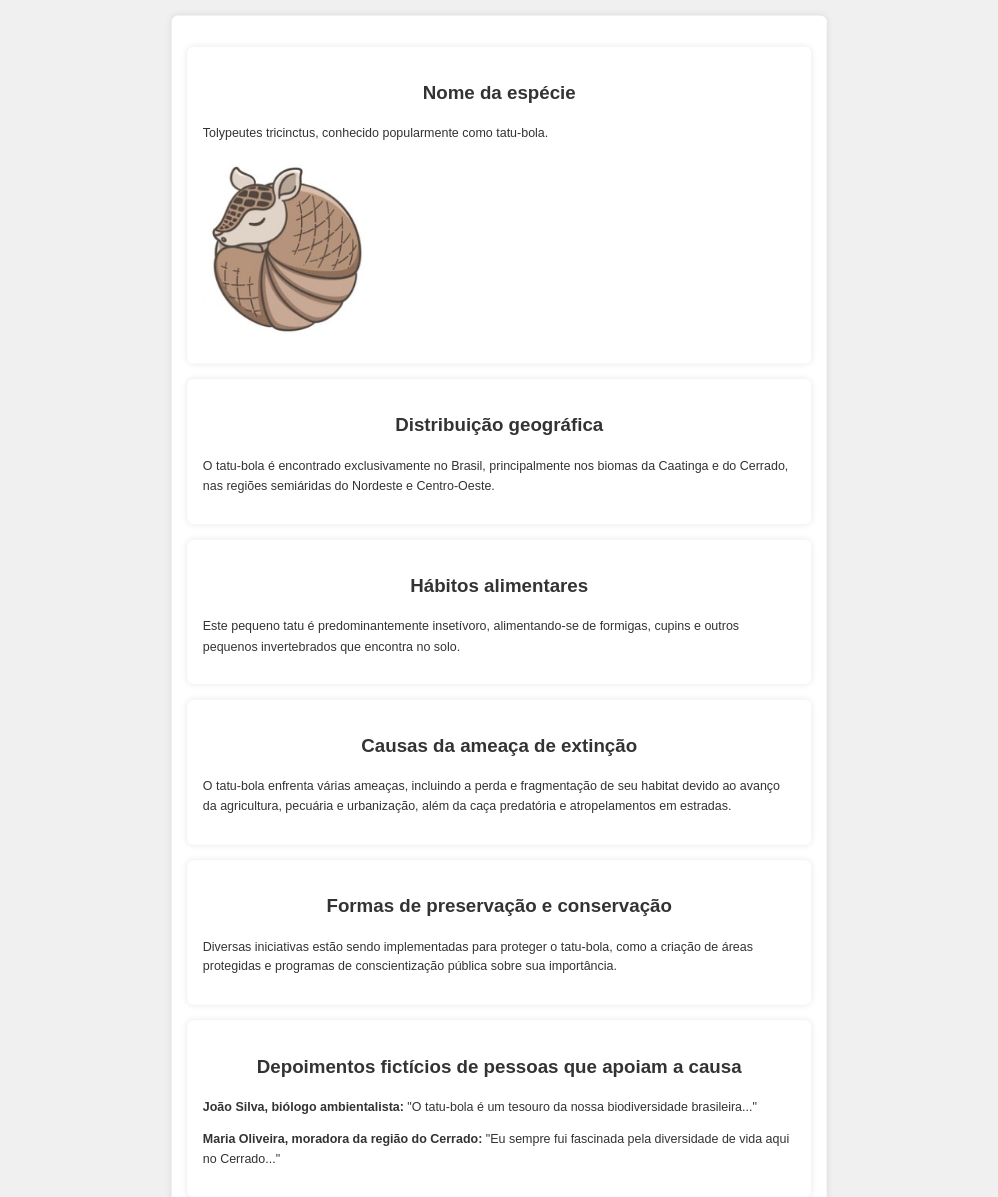
Repository: Gabrielb0rn/Tatu-bola.io
Page: index.html
These files come from the project's save history. The page is drawn as it stood at one moment and after the next save; the edit follows.
The browser window is 1280 px wide. The pictures show the part of the page from y = 300 to 1835 px (the page is 2341 px tall before and 2421 px after), at 78% of full size.
A picture or video elsewhere on the page could not be fetched, so the positions and the page height are approximate.

Above is the page before, as saved 2024-06-19 08:37:26.

### index.html
<!DOCTYPE html>
<html lang="pt-br">
<head>
    <meta charset="UTF-8">
    <meta name="viewport" content="width=device-width, initial-scale=1.0">
    <title>Projeto Tatu-bola - Tolypeutes tricinctus</title>
    <link rel="stylesheet" href="assets/style.css">
</head>
<body>
    <header>
        <h1>Projeto Tatu-bola - Tolypeutes tricinctus</h1>
    </header>

    <main id="about" class="container">
        <section class="container">
            <h2>Nome da espécie</h2>
            <p>Tolypeutes tricinctus, conhecido popularmente como tatu-bola.</p>
            <img src="resources/intro/tatu-bola.jpg" alt="Tatu-bola">
        </section>

        <section class="container">
            <h2>Distribuição geográfica</h2>
            <p>O tatu-bola é encontrado exclusivamente no Brasil, principalmente nos biomas da Caatinga e do Cerrado, nas regiões semiáridas do Nordeste e Centro-Oeste.</p>
        </section>

        <section class="container">
            <h2>Hábitos alimentares</h2>
            <p>Este pequeno tatu é predominantemente insetívoro, alimentando-se de formigas, cupins e outros pequenos invertebrados que encontra no solo.</p>
        </section>

        <section class="container">
            <h2>Causas da ameaça de extinção</h2>
            <p>O tatu-bola enfrenta várias ameaças, incluindo a perda e fragmentação de seu habitat devido ao avanço da agricultura, pecuária e urbanização, além da caça predatória e atropelamentos em estradas.</p>
        </section>

        <section class="container">
            <h2>Formas de preservação e conservação</h2>
            <p>Diversas iniciativas estão sendo implementadas para proteger o tatu-bola, como a criação de áreas protegidas e programas de conscientização pública sobre sua importância.</p>
        </section>

        <section class="container">
            <h2>Depoimentos fictícios de pessoas que apoiam a causa</h2>
            <p class="testimonial"><strong>João Silva, biólogo ambientalista:</strong> "O tatu-bola é um tesouro da nossa biodiversidade brasileira..."</p>
            <p class="testimonial"><strong>Maria Oliveira, moradora da região do Cerrado:</strong> "Eu sempre fui fascinada pela diversidade de vida aqui no Cerrado..."</p>
        </section>

        <section class="container">
            <h2>Fotos e vídeos do animal</h2>
            <img src="caminho/para/sua/imagem.jpg" alt="Foto do tatu-bola">
        </section>
    </main>

    <script src="assets/scripts.js"></script>
</body>
</html>

### assets/style.css
body {
    font-family: Arial, sans-serif;
    background-color: #f0f0f0;
    color: #333;
    margin: 0;
    padding: 0;
    line-height: 1.6;
}

header {
    background: url('koenigsegg.jpg') no-repeat center center;
    background-size: cover;
    height: 300px;
    color: white;
    display: flex;
    justify-content: center;
    align-items: center;
    font-size: 2em;
    text-shadow: 2px 2px 4px #000;
    padding: 20px;
    box-sizing: border-box;
}

main {
    padding: 20px;
    margin-bottom: 60px;
}

section {
    margin-bottom: 40px;
}

h1, h2, h3, h4 {
    text-align: center;
}

figure {
    margin: 20px 0;
    text-align: center;
}

figcaption {
    font-style: italic;
}

.container {
    max-width: 800px;
    margin: 20px auto;
    padding: 20px;
    background-color: white;
    box-shadow: 0 0 10px rgba(0, 0, 0, 0.1);
    border-radius: 8px;
}

footer {
    background-color: #333;
    color: #ffffff;
    text-align: center;
    padding: 10px;
    width: 90%;
    margin: 0 auto;
    bottom: 0;
}

a {
    color: #0066cc;
    text-decoration: none;
}

a:hover {
    text-decoration: underline;
}

.text-image-right {
    display: flex;
    flex-wrap: wrap;
    align-items: center;
    margin: 20px 0;
}

.text-image-right div {
    flex: 1;
    padding: 10px;
}

.text-image-right img {
    max-width: 300px;
    width: 100%;
    height: auto;
    flex: 1;
    margin: 10px;
}

@media (max-width: 768px) {
    .text-image-right {
        flex-direction: column;
        align-items: center;
    }
}

.about {
    text-align: center;
    font-size: 1.5em;
}

.centered-image {
    display: block;
    margin-left: auto;
    margin-right: auto;
}

Loaded but not shown: assets/scripts.js (no stored copy; drawn as an empty file)

After the next save:
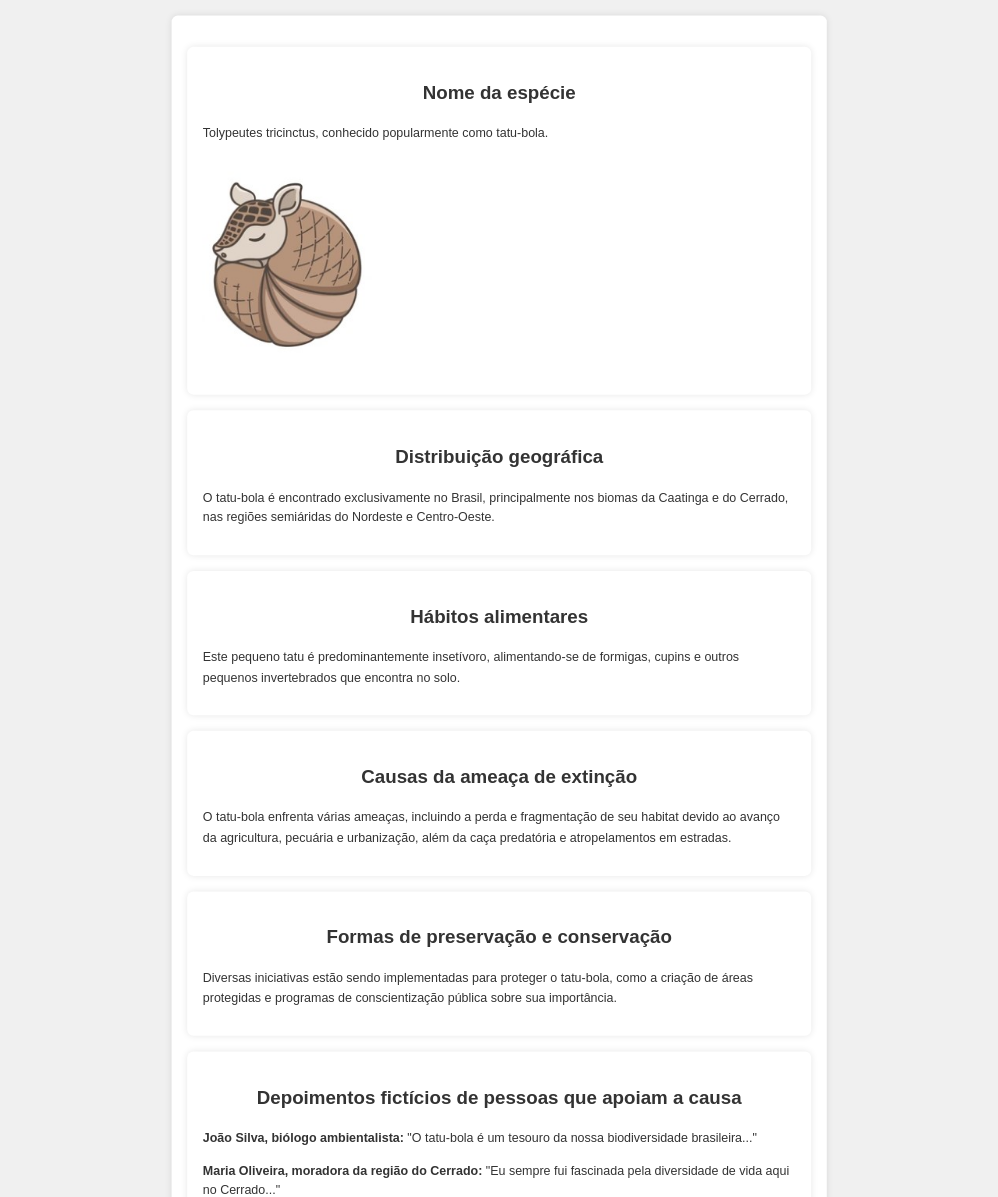
Saved 55 s later.
--- a/assets/style.css
+++ b/assets/style.css
@@ -34,7 +34,7 @@ h1, h2, h3, h4 {
     text-align: center;
 }
 
-figure {
+img {
     margin: 20px 0;
     text-align: center;
 }
